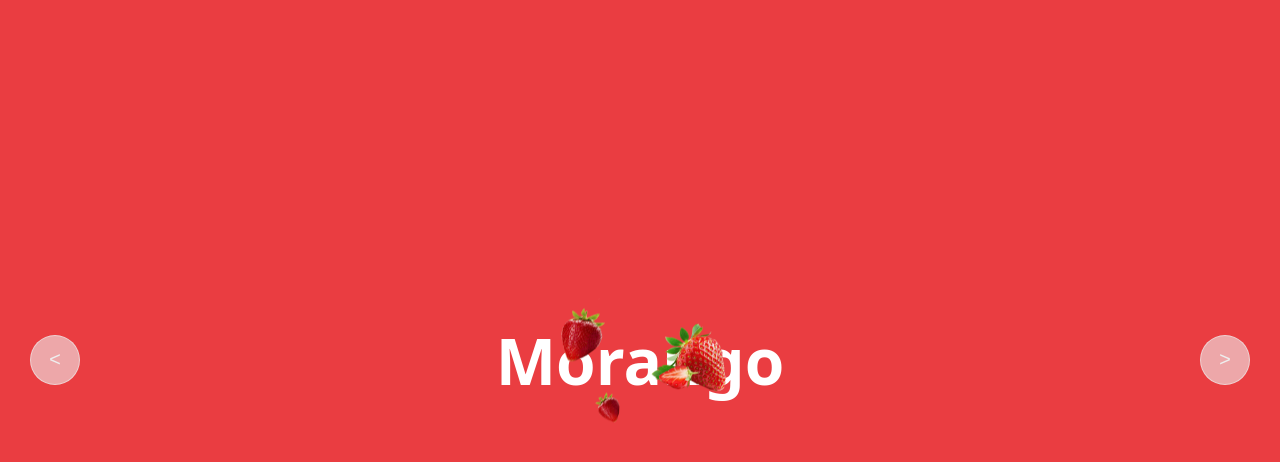
Repository: Sandro1969-tech/Projeto-refri
Page: index.html
An editor plug-in stored every save of this project. The page is shown before and after a run of saves, followed by the edit.
The browser window is 1280 px wide. The pictures show the whole page.

Above is the page before, as saved 2026-01-06 17:36:43.

### index.html
<!DOCTYPE html>
<html lang="pt-br">
<head>
    <meta charset="UTF-8">
    <meta name="viewport" content="width=device-width, initial-scale=1.0">
    <title>DevClub Refri</title>
    <link rel="stylesheet" href="style.css">
</head>
<body>
    <main>
        <div class="item active" style="--background: #EA3D41">
        <div class="title">Morango</div>
        <img src="" class="fruit">
        <img src="assets/image/Morango-refrigerante-foregroundBlur.png" class="refri"></div>


                                <div class="item"style="--background: #2D5643">

        <div class="title">Abacate</div>
        <img src="assets/image/Abacate-refrigerante.png" class="fruit">
        <img src="assets/image/Abacate-refrigerante-foregroundBlur.png" class="refri"></div>

                <div class="item"style="--background: #E7A043">
        <div class="title">Laranja</div>
        <img src="assets/image/Laranja-refrigerante.png" class="fruit">
        <img src="assets/image/Laranja-refrigerante-foregroundBlur.png" class="refri"></div>
        <div class="arrow">
            <button id="prev">&lt; </button>
                        <button id="next">&gt;</button>


        </div>

    </main>
</body>
<script src="./script.js"></script>
</html>

### style.css
.item {
    display: none;
    width: 100%;
    height: 100%;
    position: absolute;
    top: 0;
    left: 0;
    overflow: hidden;
    background-color: var(--background);
}

.item.active {
    display: block;
}

.item .title {
    font-size: 4rem;
    color: white;
    font-family: system-ui, -apple-system, BlinkMacSystemFont, 'Segoe UI', Roboto, Oxygen, Ubuntu, Cantarell, 'Open Sans', 'Helvetica Neue', sans-serif;
    font-weight: bold;
    text-align: center;
    position: absolute;
    left: 50%;
    top: 50%;
    transform: translate(-50%, -50%);
}

.item .fruit {
    width: 100%;
    max-width: 450px; /* Alterado de 90% para um tamanho fixo menor no desktop */
    position: absolute;
    top: 0;
    left: 50%; /* Adicionado para centralizar a fruta */
    transform: translateX(-50%); /* Adicionado para centralizar a fruta */
    z-index: 3;
}

.item .refri {
    z-index: 2;
    width: 100%;
    max-width: 300px; /* Reduzido de 600px para 300px */
    position: absolute;
    left: 50%;
    top: 50%;
    transform: translate(-50%, -50%);
}

#prev, #next {
    position: absolute;
    top: 50%;
    transform: translateY(-50%);
    width: 50px;
    height: 50px;
    background-color: #eee9;
    border: 1px solid #eee9;
    color: #eee;
    font-size: x-large;
    font-family: monospace;
    cursor: pointer;
    z-index: 4;
    border-radius: 50%;
}

#prev {
    left: 30px;
}

#next {
    right: 30px;
}

@keyframes toActive {
    from {
        top: 100%;
        opacity: 0;
    }
}

.item.active img.fruit {
    animation: toActive 0.5s ease-in-out 1;
}

.item.active .title {
    animation: toActive 0.5s ease-in-out 1;
}

### script.js
let list = document.querySelectorAll('.item');
let next = document.getElementById('next');
let prev = document.getElementById('prev'); // Corrigido: antes estava 'next' aqui também

let count = list.length;
let active = 0;

// Função para atualizar a classe active
function showSlider() {
    // Remove a classe 'active' do item antigo
    let activeOld = document.querySelector('.item.active');
    if (activeOld) activeOld.classList.remove('active');

    // Adiciona a classe 'active' no novo item
    list[active].classList.add('active');
}

next.onclick = () => {
    active = active >= count - 1 ? 0 : active + 1;
    showSlider();
};

prev.onclick = () => {
    active = active <= 0 ? count - 1 : active - 1;
    showSlider();
};

After the next 3 saves:
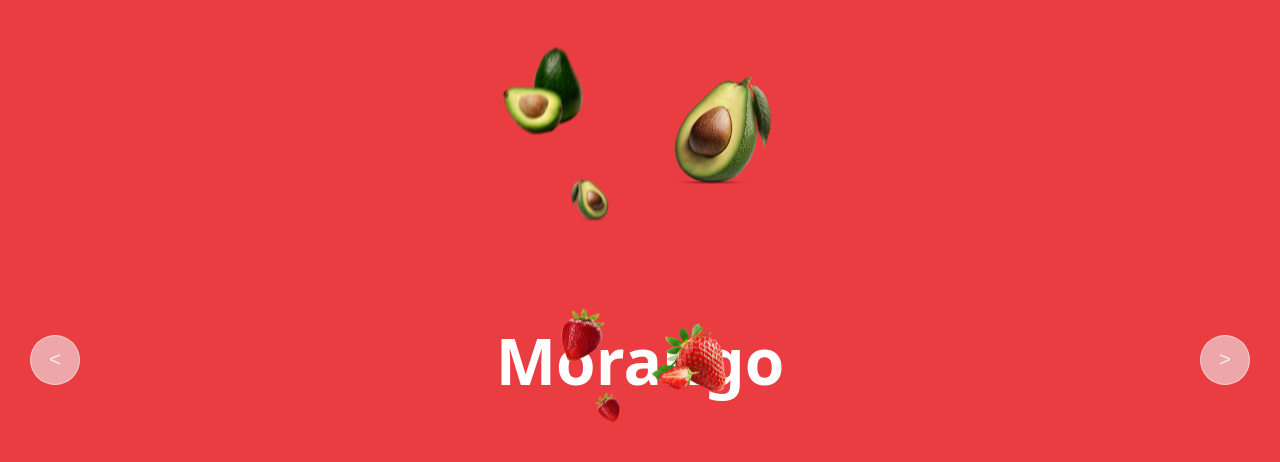
The 3 saves are shown as one change because they came seconds apart.
The last was saved 9 s later.
--- a/index.html
+++ b/index.html
@@ -10,7 +10,7 @@
     <main>
         <div class="item active" style="--background: #EA3D41">
         <div class="title">Morango</div>
-        <img src="" class="fruit">
+        <img src="assets/image/Abacate-refrigerante-foregroundBlur.png" class="fruit">
         <img src="assets/image/Morango-refrigerante-foregroundBlur.png" class="refri"></div>
 
 
